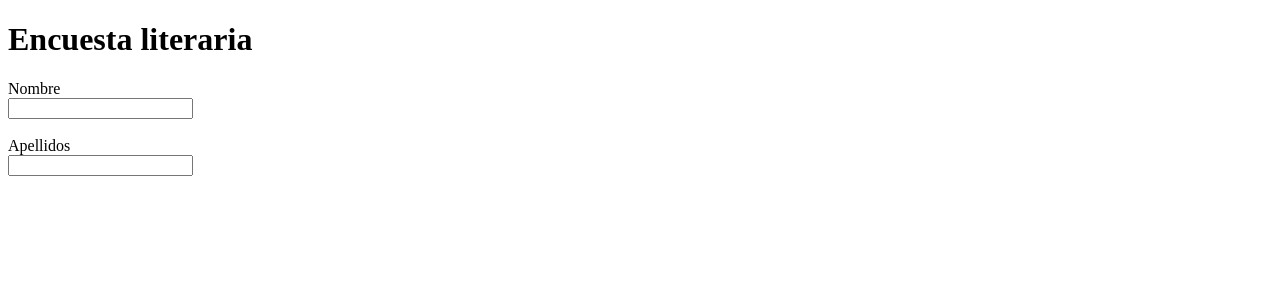
Repository: RaulWhite/javaEE
Page: Encuesta/WebContent/index.html
The author's editor kept a copy of each file at every save. The page is drawn from the files as they stood at one save, then again after the next save.
The browser window is 1280 px wide. The pictures show the whole page.

Above is the page before, as saved 2017-02-16 17:46:52.

After the next save:
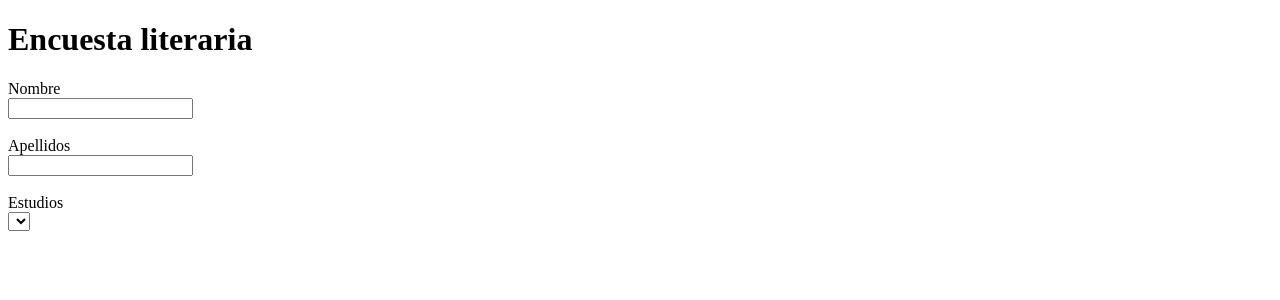
Saved 8 s later.
--- a/Encuesta/WebContent/index.html
+++ b/Encuesta/WebContent/index.html
@@ -11,7 +11,10 @@
 			<input type="text" name="nombre"><br><br>
 			Apellidos<br>
 			<input type="text" name="apellidos"><br><br>
+			Estudios<br>
+			<select>
 
+			</select>
 		</form>
 	</body>
 </html>
